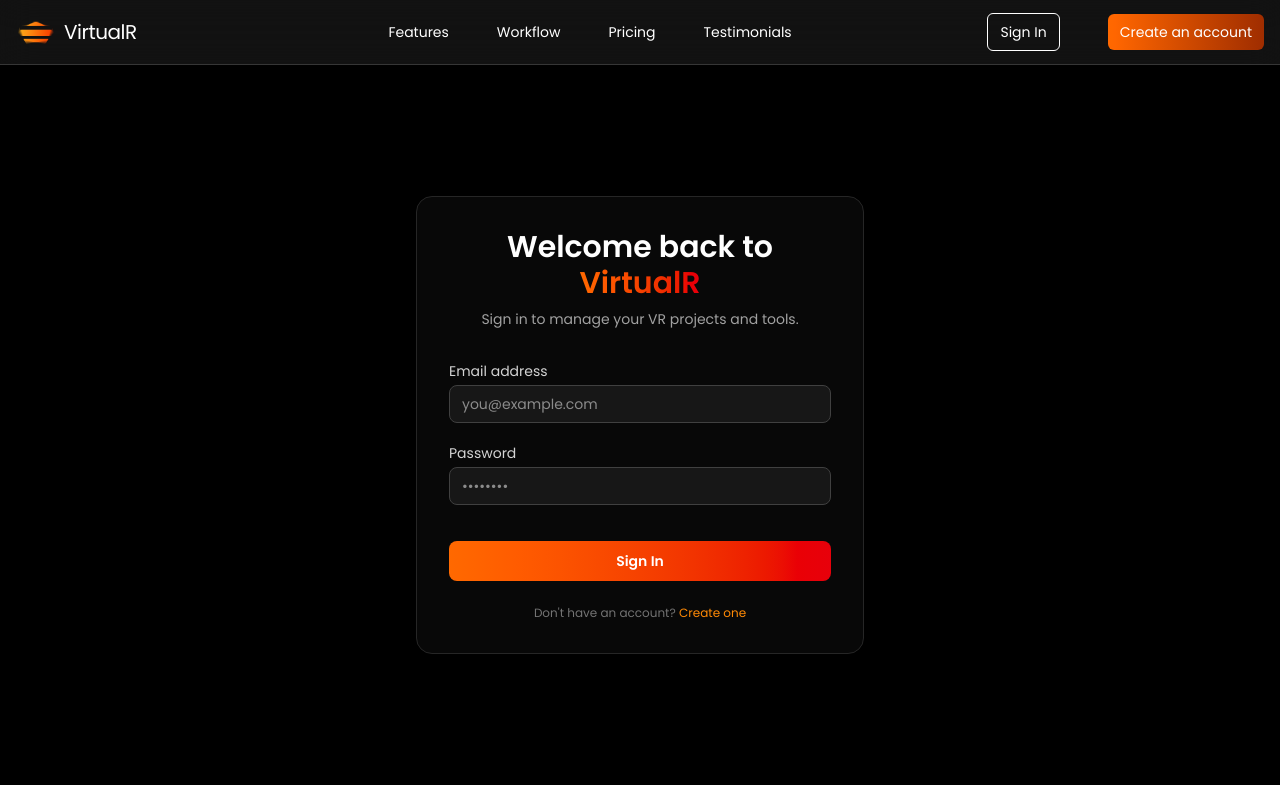
Repository: Khushichugh14/Virtualab
Page: /signin
An editor plug-in stored every save of this project. The page is shown before and after the next save, followed by the edit.
The browser window is 1280 px wide. The pictures show the whole page.
The project was rebuilt for these pictures with package versions that can differ from the ones it lists, and the page was loaded fresh each time. Also part of the build but not shown: vite.config.js, src/pages/StartFree.jsx, src/pages/Documentation.jsx, src/pages/CreatAccount.jsx, src/components/HeroSection.jsx, src/components/FeatureSection.jsx, src/components/Workflow.jsx, src/components/Pricing.jsx and 3 more. Imported but missing from the stored project, and not drawn on this page: src/assets/video1.mp4, src/assets/video2.mp4.

Above is the page before, as saved 2025-12-10 11:01:44.

### index.html
<!doctype html>
<html lang="en">
  <head>
    <meta charset="UTF-8" />
    <link rel="icon" type="image/svg+xml" href="/vite.svg" />
    <meta name="viewport" content="width=device-width, initial-scale=1.0" />
    <title>virtular</title>
  </head>
  <body>
    <div id="root"></div>
    <script type="module" src="/src/main.jsx"></script>
  </body>
</html>

### src/main.jsx
import React from "react";
import ReactDOM from "react-dom/client";
import App from "./App";
import { BrowserRouter } from "react-router-dom";
import "./index.css";
import { Toaster } from "react-hot-toast";

ReactDOM.createRoot(document.getElementById("root")).render(
  <React.StrictMode>
    <BrowserRouter>
      <App />
       <Toaster position="top-right" />
    </BrowserRouter>
  </React.StrictMode>
);

### src/App.jsx
// App.jsx
import Navbar from "./components/Navbar";

import StartFree from "./pages/StartFree";
import Documentation from "./pages/Documentation";
import CreateAccount from "./pages/CreatAccount";
import SignIn from "./pages/SignIn";

import { Routes, Route } from "react-router-dom";
import HomePage from "./pages/HomePage";

const App = () => {
  return (
    <>
      <Navbar />

      <Routes>
        {/* Landing page */}
        <Route path="/" element={<HomePage />} />

        {/* Other pages */}
        <Route path="/start-free" element={<StartFree />} />
        <Route path="/documentation" element={<Documentation />} />
        <Route path="/create-account" element={<CreateAccount />} />
        <Route path="/signin" element={<SignIn />} />
      </Routes>
    </>
  );
};

export default App;

### src/index.css
@import url('https://fonts.googleapis.com/css2?family=Poppins:ital,wght@0,100;0,200;0,300;0,400;0,500;0,600;0,700;0,800;0,900;1,100;1,200;1,300;1,400;1,500;1,600;1,700;1,800;1,900&display=swap');

@import "tailwindcss";

:root {
  font-family: "Poppins", sans-serif;
  color-scheme: dark;
}

### src/components/Navbar.jsx
import { Menu, X } from "lucide-react";
import { useState } from "react";
import logo from "../assets/logo.png";
import { navItems } from "../constants";
import { Link, NavLink } from "react-router-dom";

const Navbar = () => {
  const [mobileDrawerOpen, setMobileDrawerOpen] = useState(false);

  const toggleNavbar = () => {
    setMobileDrawerOpen((prev) => !prev);
  };

  // Scroll to section WITHOUT changing URL
  const handleScroll = (id) => {
    if (!id) return;

    const el = document.getElementById(id);
    if (el) {
      el.scrollIntoView({ behavior: "smooth", block: "start" });
    }
  };

  return (
    <nav className="sticky top-0 z-50 py-3 backdrop-blur-lg border-b border-neutral-700/80">
      <div className="container px-4 mx-auto relative lg:text-sm">
        <div className="flex justify-between items-center">
          {/* Logo */}
          <div className="flex items-center flex-shrink-0">
            <img className="h-10 w-10 mr-2" src={logo} alt="Logo" />
            <Link to="/" className="text-xl tracking-tight">
              VirtualR
            </Link>
          </div>

          {/* Desktop nav items */}
          <ul className="hidden lg:flex ml-14 space-x-12">
            {navItems.map((item) => (
              <li key={item.id}>
                <button
                  onClick={() => handleScroll(item.id)}
                  className="hover:text-orange-400 transition-colors"
                >
                  {item.label}
                </button>
              </li>
            ))}
          </ul>

          {/* Desktop auth buttons */}
          <div className="hidden lg:flex justify-center space-x-12 items-center">
            <NavLink to="/signin" className="py-2 px-3 border rounded-md" id="signin">
              Sign In
            </NavLink>
            <NavLink
              to="/create-account"
              className="bg-gradient-to-r from-orange-500 to-orange-800 py-2 px-3 rounded-md"
            >
              Create an account
            </NavLink>
          </div>

          {/* Mobile menu button */}
          <div className="lg:hidden md:flex flex-col justify-end">
            <button onClick={toggleNavbar}>
              {mobileDrawerOpen ? <X /> : <Menu />}
            </button>
          </div>
        </div>

        {/* Mobile drawer */}
        {mobileDrawerOpen && (
          <div className="fixed right-0 z-20 bg-neutral-900 w-full p-12 flex flex-col justify-center items-center lg:hidden">
            <ul>
              {navItems.map((item) => (
                <li key={item.id} className="py-4">
                  <button
                    onClick={() => {
                      handleScroll(item.id);
                      toggleNavbar();
                    }}
                    className="hover:text-orange-400 transition-colors"
                  >
                    {item.label}
                  </button>
                </li>
              ))}
            </ul>

            <div className="flex space-x-6 mt-6">
              <NavLink to="/signin" className="py-2 px-3 border rounded-md">
                Sign In
              </NavLink>
              <NavLink
                to="/create-account"
                className="py-2 px-3 rounded-md bg-gradient-to-r from-orange-500 to-orange-800"
              >
                Create an account
              </NavLink>
            </div>
          </div>
        )}
      </div>
    </nav>
  );
};

export default Navbar;

### src/pages/SignIn.jsx
import { NavLink, useNavigate } from "react-router-dom";

const SignIn = () => {
  const navigate = useNavigate();

  const handleSubmit = (e) => {
    e.preventDefault(); // stop refresh
    alert("Login Successful!"); // popup message
    navigate("/"); // redirect to Documentation page
  };

  return (
    <div className="min-h-screen bg-black flex items-center justify-center px-4">
      <div className="w-full max-w-md rounded-2xl border border-neutral-800 bg-neutral-950/80 p-8 shadow-xl">
        <h2 className="text-2xl sm:text-3xl font-semibold text-center">
          Welcome back to{" "}
          <span className="bg-gradient-to-r from-orange-500 to-red-600 text-transparent bg-clip-text">
            VirtualR
          </span>
        </h2>
        <p className="mt-2 text-center text-neutral-400 text-sm">
          Sign in to manage your VR projects and tools.
        </p>

        {/* ADDED onSubmit */}
        <form className="mt-8 space-y-5" onSubmit={handleSubmit}>
          <div>
            <label className="block text-sm text-neutral-300 mb-1">
              Email address
            </label>
            <input
              type="email"
              className="w-full rounded-lg border border-neutral-700 bg-neutral-900 px-3 py-2 text-sm outline-none focus:border-orange-500"
              placeholder="you@example.com"
            />
          </div>

          <div>
            <label className="block text-sm text-neutral-300 mb-1">
              Password
            </label>
            <input
              type="password"
              className="w-full rounded-lg border border-neutral-700 bg-neutral-900 px-3 py-2 text-sm outline-none focus:border-orange-500"
              placeholder="••••••••"
            />
          </div>

          <button
            type="submit"
            className="mt-4 w-full rounded-lg bg-gradient-to-r from-orange-500 to-red-600 py-2.5 text-sm font-semibold hover:scale-[1.02] transition-transform"
          >
            Sign In
          </button>
        </form>

        <p className="mt-6 text-center text-xs text-neutral-500">
          Don&apos;t have an account?{" "}
          <NavLink
            to="/create-account"
            className="text-orange-400 hover:underline"
          >
            Create one
          </NavLink>
        </p>
      </div>
    </div>
  );
};

export default SignIn;

### src/constants/index.jsx

import { BotMessageSquare } from "lucide-react";
import { BatteryCharging } from "lucide-react";
import { Fingerprint } from "lucide-react";
import { ShieldHalf } from "lucide-react";
import { PlugZap } from "lucide-react";
import { GlobeLock } from "lucide-react";

import user1 from "../assets/profile-pictures/user1.jpg";
import user2 from "../assets/profile-pictures/user2.jpg";
import user3 from "../assets/profile-pictures/user3.jpg";
import user4 from "../assets/profile-pictures/user4.jpg";
import user5 from "../assets/profile-pictures/user5.jpg";
import user6 from "../assets/profile-pictures/user6.jpg";

export const navItems = [
  { label: "Features", id: "featuresection" },
  { label: "Workflow", id: "workflow" },
  { label: "Pricing", id: "pricing" },
  { label: "Testimonials", id: "testimonials" },
];



export const testimonials = [
  {
    user: "John Doe",
    company: "Stellar Solutions",
    image: user1,
    text: "I am extremely satisfied with the services provided. The team was responsive, professional, and delivered results beyond my expectations.",
  },
  {
    user: "Jane Smith",
    company: "Blue Horizon Technologies",
    image: user2,
    text: "I couldn't be happier with the outcome of our project. The team's creativity and problem-solving skills were instrumental in bringing our vision to life",
  },
  {
    user: "David Johnson",
    company: "Quantum Innovations",
    image: user3,
    text: "Working with this company was a pleasure. Their attention to detail and commitment to excellence are commendable. I would highly recommend them to anyone looking for top-notch service.",
  },
  {
    user: "Ronee Brown",
    company: "Fusion Dynamics",
    image: user4,
    text: "Working with the team at XYZ Company was a game-changer for our project. Their attention to detail and innovative solutions helped us achieve our goals faster than we thought possible. We are grateful for their expertise and professionalism!",
  },
  {
    user: "Michael Wilson",
    company: "Visionary Creations",
    image: user5,
    text: "I am amazed by the level of professionalism and dedication shown by the team. They were able to exceed our expectations and deliver outstanding results.",
  },
  {
    user: "Emily Davis",
    company: "Synergy Systems",
    image: user6,
    text: "The team went above and beyond to ensure our project was a success. Their expertise and dedication are unmatched. I look forward to working with them again in the future.",
  },
];

export const features = [
  {
    icon: <BotMessageSquare />,
    text: "Drag-and-Drop Interface",
    description:
      "Easily design and arrange your VR environments with a user-friendly drag-and-drop interface.",
  },
  {
    icon: <Fingerprint />,
    text: "Multi-Platform Compatibility",
    description:
      "Build VR applications that run seamlessly across multiple platforms, including mobile, desktop, and VR headsets.",
  },
  {
    icon: <ShieldHalf />,
    text: "Built-in Templates",
    description:
      "Jumpstart your VR projects with a variety of built-in templates for different types of applications and environments.",
  },
  {
    icon: <BatteryCharging />,
    text: "Real-Time Preview",
    description:
      "Preview your VR application in real-time as you make changes, allowing for quick iterations and adjustments.",
  },
  {
    icon: <PlugZap />,
    text: "Collaboration Tools",
    description:
      "Work together with your team in real-time on VR projects, enabling seamless collaboration and idea sharing.",
  },
  {
    icon: <GlobeLock />,
    text: "Analytics Dashboard",
    description:
      "Gain valuable insights into user interactions and behavior within your VR applications with an integrated analytics dashboard.",
  },
];

export const checklistItems = [
  {
    title: "Code merge made easy",
    description:
      "Track the performance of your VR apps and gain insights into user behavior.",
  },
  {
    title: "Review code without worry",
    description:
      "Track the performance of your VR apps and gain insights into user behavior.",
  },
  {
    title: "AI Assistance to reduce time",
    description:
      "Track the performance of your VR apps and gain insights into user behavior.",
  },
  {
    title: "Share work in minutes",
    description:
      "Track the performance of your VR apps and gain insights into user behavior.",
  },
];

export const pricingOptions = [
  {
    title: "Free",
    price: "$0",
    features: [
      "Private board sharing",
      "5 Gb Storage",
      "Web Analytics",
      "Private Mode",
    ],
  },
  {
    title: "Pro",
    price: "$10",
    features: [
      "Private board sharing",
      "10 Gb Storage",
      "Web Analytics (Advance)",
      "Private Mode",
    ],
  },
  {
    title: "Enterprise",
    price: "$200",
    features: [
      "Private board sharing",
      "Unlimited Storage",
      "High Performance Network",
      "Private Mode",
    ],
  },
];

export const resourcesLinks = [
  { href: "#", text: "Getting Started" },
  { href: "#", text: "Documentation" },
  { href: "#", text: "Tutorials" },
  { href: "#", text: "API Reference" },
  { href: "#", text: "Community Forums" },
];

export const platformLinks = [
  { href: "#", text: "Features" },
  { href: "#", text: "Supported Devices" },
  { href: "#", text: "System Requirements" },
  { href: "#", text: "Downloads" },
  { href: "#", text: "Release Notes" },
];

export const communityLinks = [
  { href: "#", text: "Events" },
  { href: "#", text: "Meetups" },
  { href: "#", text: "Conferences" },
  { href: "#", text: "Hackathons" },
  { href: "#", text: "Jobs" },
];

After the next save:
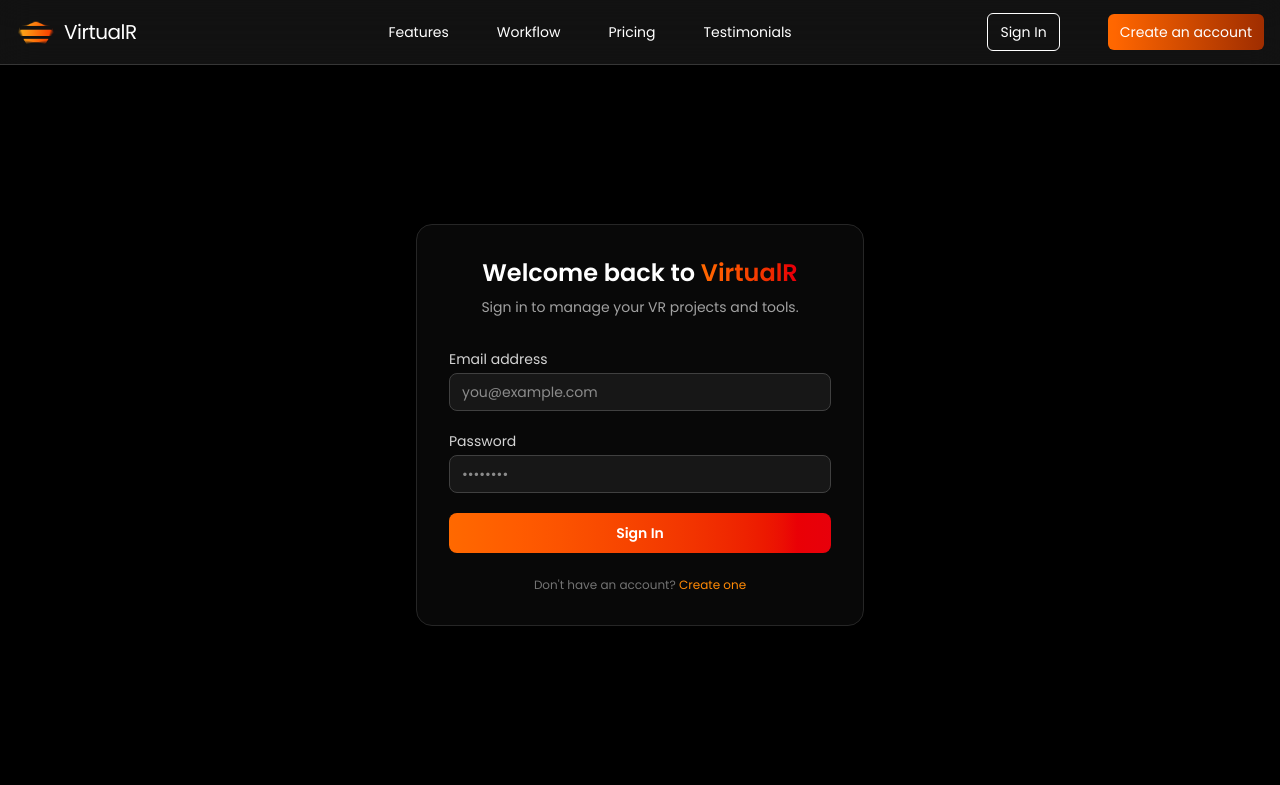
Saved 15 s later.
--- a/src/pages/SignIn.jsx
+++ b/src/pages/SignIn.jsx
@@ -1,18 +1,90 @@
+import { useState } from "react";
 import { NavLink, useNavigate } from "react-router-dom";
+import toast from "react-hot-toast";
 
 const SignIn = () => {
+  const [formData, setFormData] = useState({
+    email: "",
+    password: "",
+  });
+
+  const [errors, setErrors] = useState({});
+  const [isLoading, setIsLoading] = useState(false);
   const navigate = useNavigate();
 
+  const handleChange = (e) => {
+    const { name, value } = e.target;
+
+    setFormData((prev) => ({
+      ...prev,
+      [name]: value,
+    }));
+
+    setErrors((prev) => ({ ...prev, [name]: "" }));
+  };
+
+  const validate = () => {
+    const newErrors = {};
+
+    if (!formData.email.trim()) {
+      newErrors.email = "Email is required";
+    } else if (!/^[^\s@]+@[^\s@]+\.[^\s@]+$/.test(formData.email)) {
+      newErrors.email = "Enter a valid email";
+    }
+
+    if (!formData.password) {
+      newErrors.password = "Password is required";
+    } else if (formData.password.length < 6) {
+      newErrors.password = "Password must be at least 6 characters";
+    }
+
+    setErrors(newErrors);
+    return Object.keys(newErrors).length === 0;
+  };
+
   const handleSubmit = (e) => {
-    e.preventDefault(); // stop refresh
-    alert("Login Successful!"); // popup message
-    navigate("/"); // redirect to Documentation page
+    e.preventDefault();
+
+    if (!validate()) {
+      toast.error("Please fix the errors in the form.");
+      return;
+    }
+
+    setIsLoading(true);
+
+    // fake API delay
+    setTimeout(() => {
+      const storedUserJSON = localStorage.getItem("virtualrUser");
+
+      if (!storedUserJSON) {
+        toast.error("No account found. Please create an account first.");
+        setIsLoading(false);
+        return;
+      }
+
+      const storedUser = JSON.parse(storedUserJSON);
+
+      if (
+        formData.email === storedUser.email &&
+        formData.password === storedUser.password
+      ) {
+        localStorage.setItem("virtualrIsLoggedIn", "true");
+        toast.success("Signed in successfully!");
+
+        // redirect to documentation page
+        navigate("/documentation");
+      } else {
+        toast.error("Invalid email or password.");
+      }
+
+      setIsLoading(false);
+    }, 800);
   };
 
   return (
     <div className="min-h-screen bg-black flex items-center justify-center px-4">
       <div className="w-full max-w-md rounded-2xl border border-neutral-800 bg-neutral-950/80 p-8 shadow-xl">
-        <h2 className="text-2xl sm:text-3xl font-semibold text-center">
+        <h2 className="text-2xl sm:3xl font-semibold text-center">
           Welcome back to{" "}
           <span className="bg-gradient-to-r from-orange-500 to-red-600 text-transparent bg-clip-text">
             VirtualR
@@ -22,17 +94,22 @@ const SignIn = () => {
           Sign in to manage your VR projects and tools.
         </p>
 
-        {/* ADDED onSubmit */}
-        <form className="mt-8 space-y-5" onSubmit={handleSubmit}>
+        <form onSubmit={handleSubmit} className="mt-8 space-y-5">
           <div>
             <label className="block text-sm text-neutral-300 mb-1">
               Email address
             </label>
             <input
               type="email"
+              name="email"
               className="w-full rounded-lg border border-neutral-700 bg-neutral-900 px-3 py-2 text-sm outline-none focus:border-orange-500"
               placeholder="you@example.com"
+              value={formData.email}
+              onChange={handleChange}
             />
+            {errors.email && (
+              <p className="mt-1 text-xs text-red-400">{errors.email}</p>
+            )}
           </div>
 
           <div>
@@ -41,25 +118,32 @@ const SignIn = () => {
             </label>
             <input
               type="password"
+              name="password"
               className="w-full rounded-lg border border-neutral-700 bg-neutral-900 px-3 py-2 text-sm outline-none focus:border-orange-500"
               placeholder="••••••••"
+              value={formData.password}
+              onChange={handleChange}
             />
+            {errors.password && (
+              <p className="mt-1 text-xs text-red-400">{errors.password}</p>
+            )}
           </div>
 
           <button
             type="submit"
-            className="mt-4 w-full rounded-lg bg-gradient-to-r from-orange-500 to-red-600 py-2.5 text-sm font-semibold hover:scale-[1.02] transition-transform"
+            disabled={isLoading}
+            className="mt-4 w-full flex items-center justify-center gap-2 rounded-lg bg-gradient-to-r from-orange-500 to-red-600 py-2.5 text-sm font-semibold hover:scale-[1.02] transition-transform disabled:opacity-60 disabled:cursor-not-allowed"
           >
-            Sign In
+            {isLoading && (
+              <span className="h-4 w-4 border-2 border-white/70 border-t-transparent rounded-full animate-spin" />
+            )}
+            {isLoading ? "Signing in..." : "Sign In"}
           </button>
         </form>
 
         <p className="mt-6 text-center text-xs text-neutral-500">
           Don&apos;t have an account?{" "}
-          <NavLink
-            to="/create-account"
-            className="text-orange-400 hover:underline"
-          >
+          <NavLink to="/create-account" className="text-orange-400 hover:underline">
             Create one
           </NavLink>
         </p>
